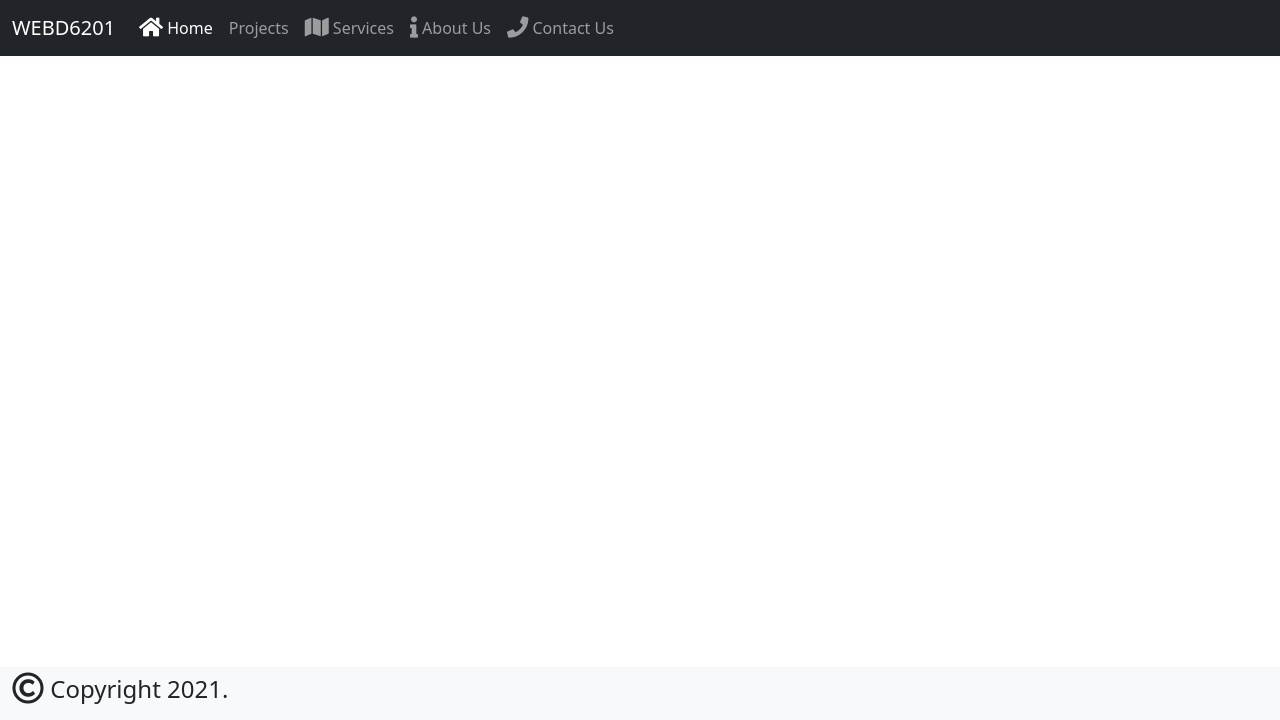
Repository: Sub4Sub/Lab_1
Page: about.html
An editor plug-in stored every save of this project. The page is shown before and after the next save, followed by the edit.
The browser window is 1280 px wide. The pictures show the whole page.

Above is the page before, as saved 2021-02-05 02:47:18.
Console error: TypeError: Cannot read properties of null (reading 'after')

After the next save:
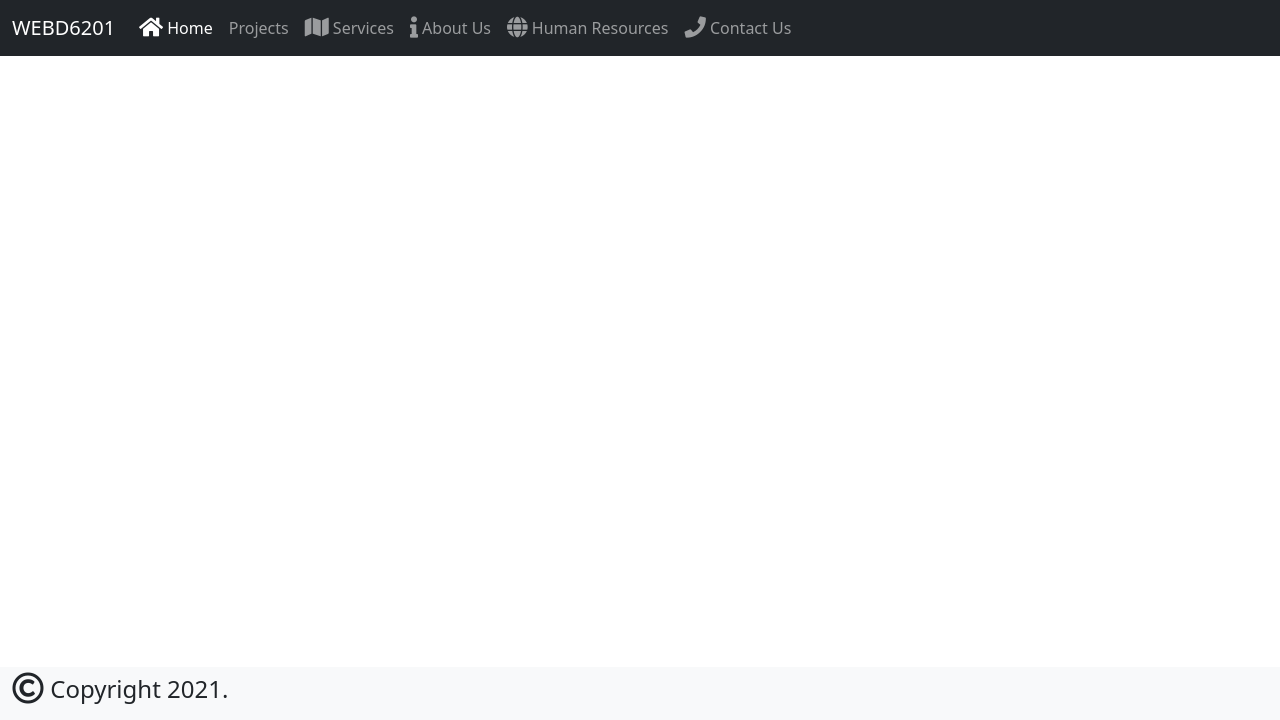
Console error: ReferenceError: displayAbout is not defined
Saved 47 s later.
--- a/about.html
+++ b/about.html
@@ -33,7 +33,7 @@
                     <a class="nav-link" aria-current="page" href="services.html"><i class="fas fa-map fa-lg"></i> Services</a>
                   </li>
 
-                  <li class="nav-item">
+                  <li class="nav-item" id="aboutUsList">
                     <a class="nav-link" aria-current="page" href="about.html"><i class="fas fa-info fa-lg"></i> About Us</a>
                   </li>
 
